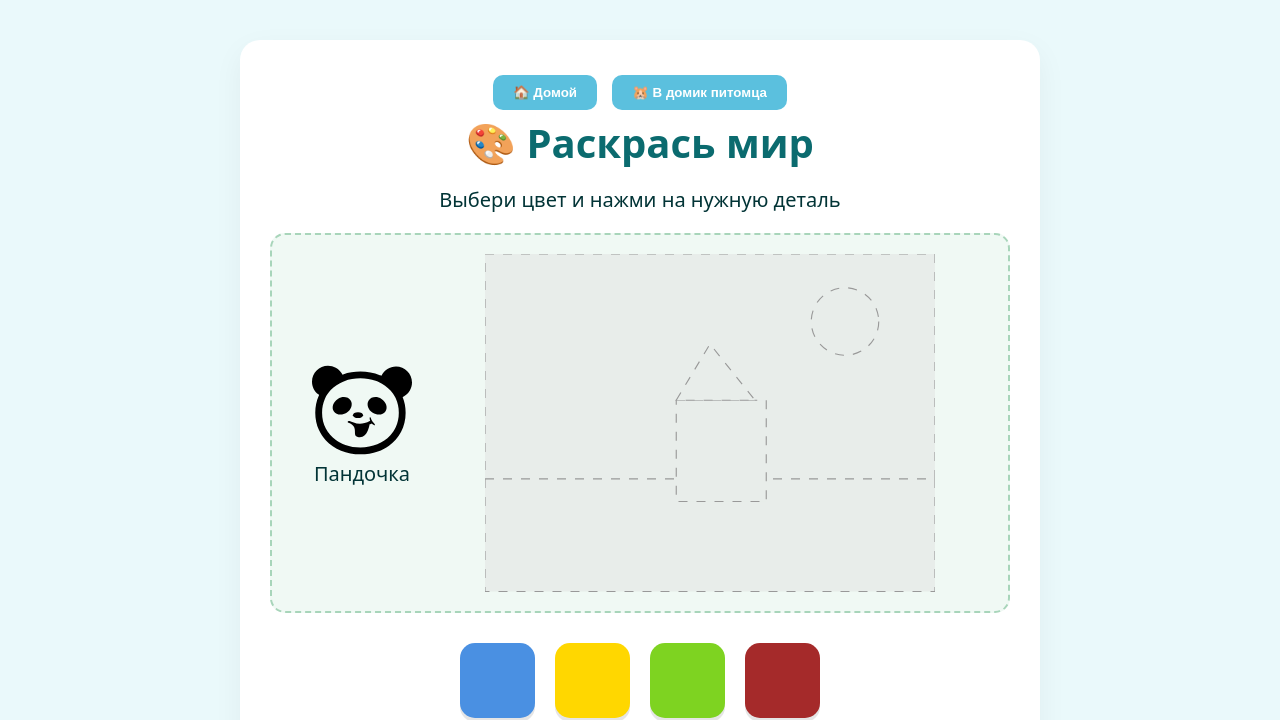
Repository: HOADF/kids-career-world
Page: games/artist/artist-game.html
These files come from the project's save history. The page is drawn as it stood at one moment and after the next save; the edit follows.
The browser window is 1280 px wide. The pictures show the whole page.
An inner scrolling area shows only its first screen.

Above is the page before, as saved 2026-03-10 12:26:47.

### games/artist/artist-game.html
<!DOCTYPE html>
<html lang="ru">
<head>
    <meta charset="UTF-8">
    <meta name="viewport" content="width=device-width, initial-scale=1.0">
    <title>Уровень 1 — Пандочка-художник</title>
    <link rel="stylesheet" href="../../style.css">
    <link rel="stylesheet" href="artist-style.css">
</head>
<body>

    <div class="main-card">
        <div class="nav-buttons">
            <button class="btn-nav">🏠 Домой</button>
            <button class="btn-nav">🐹 В домик питомца</button>
        </div>

        <div class="game-header">
            <h1>🎨 Раскрась мир</h1>
            <p>Выбери цвет и нажми на нужную деталь</p>
        </div>

        <div class="game-board">
            <div class="pet-side">
                <div id="speech-bubble" class="bubble hidden"></div>
                <img src="../../pets/panda.svg" alt="Пандочка" class="pet-img">
                <span class="pet-name">Пандочка</span>
            </div>

            <div class="canvas-area">
                <svg viewBox="0 0 200 150" id="paint-svg">
                    <rect id="sky" class="paint-area" data-correct="blue" data-name="Небо" x="0" y="0" width="200" height="100" />
                    <rect id="ground" class="paint-area" data-correct="green" data-name="Травка" x="0" y="100" width="200" height="50" />

                    <circle id="sun" class="paint-area" data-correct="yellow" data-name="Солнышко" cx="160" cy="30" r="15" />

                    <rect id="house" class="paint-area" data-correct="brown" data-name="Домик" x="85" y="65" width="40" height="45" />
                    <path id="roof" class="paint-area" data-correct="brown" data-name="Крыша" d="M85 65 L100 40 L120 65 Z" />
                </svg>
            </div>
        </div>

        <div class="palette">
            <div class="color-item" id="blue" data-color="blue" data-hex="#4A90E2" style="background-color: #4A90E2;"></div>
            <div class="color-item" id="yellow" data-color="yellow" data-hex="#FFD700" style="background-color: #FFD700;"></div>
            <div class="color-item" id="green" data-color="green" data-hex="#7ED321" style="background-color: #7ED321;"></div>
            <div class="color-item" id="red" data-color="brown" data-hex="#D0021B" style="background-color: brown;"></div>
        </div>

        <div class="bottom-nav">
            <button onclick="location.reload()" class="btn-action">🔄 Начать заново</button>
            <button id="finish-btn" class="btn-action hidden">🏠 На главную</button>
        </div>
    </div>

    <script src="artist-game.js"></script>
</body>
</html>

### style.css
/* ---------- Базовые стили ---------- */

:root {
  --color-bg: #eaf9fb;
  --color-accent: #ffb44a;
  --color-text: #023436;
  --color-subtle: #0b6b6f;
  --color-white: #ffffff;

  --transition-fast: 0.3s ease;
  --transition-slow: 0.6s ease;
}

* {
  box-sizing: border-box;
  margin: 0;
  padding: 0;
}

html, body {
  width: 100%;
  height: 100%;
  font-family: system-ui, "Segoe UI", Roboto, sans-serif;
  color: var(--color-text);
  background-color: var(--color-bg);
  overflow-x: hidden;
}

.hidden {
  display: none !important;
}

/* ---------- Фон ---------- */

.background-decor {
  position: fixed;
  top: 0;
  left: 0;
  width: 100%;
  height: 100%;
  background: linear-gradient(180deg, #eaf9fb 0%, #f8ffff 100%);
  z-index: -1;
}

/* ---------- Структура ---------- */

.page-root {
  display: flex;
  flex-direction: column;
  align-items: center;
  justify-content: center;
  padding: 2rem;
  min-height: 100vh;
}

.welcome-card,
.questions-card,
.result-card {
  background: var(--color-white);
  border-radius: 24px;
  box-shadow: 0 6px 20px rgba(0, 0, 0, 0.08);
  max-width: 900px;
  width: 100%;
  padding: 2rem 3rem;
  display: flex;
  flex-direction: column;
  justify-content: center;
  animation: fadeIn var(--transition-slow);
}

.welcome-inner {
  display: flex;
  align-items: center;
  gap: 2rem;
  flex-wrap: wrap;
  justify-content: center;
}

/* ---------- Пингвинёнок ---------- */

.pet-visual {
  flex: 0 0 180px;
  animation: breathe 4s ease-in-out infinite;
}

@keyframes breathe {
  0%, 100% { transform: translateY(0); }
  50% { transform: translateY(-4px); }
}

/* ---------- Текст и кнопки ---------- */

.welcome-text {
  flex: 1 1 400px;
  text-align: left;
}

h1, h2 {
  font-weight: 700;
  color: var(--color-subtle);
  margin-bottom: 1rem;
}

.lead {
  font-size: 1.1rem;
  line-height: 1.6;
  margin-bottom: 1.5rem;
}

.controls {
  display: flex;
  gap: 1rem;
  flex-wrap: wrap;
  margin-bottom: 1rem;
}

.btn-primary,
.btn-ghost {
  font-size: 1rem;
  border-radius: 12px;
  padding: 0.8rem 1.6rem;
  cursor: pointer;
  transition: all var(--transition-fast);
  border: none;
}

.btn-primary {
  background: var(--color-accent);
  color: var(--color-white);
}

.btn-primary:hover {
  background: #ff9f1a;
  transform: translateY(-2px);
}

.btn-ghost {
  background: transparent;
  color: var(--color-subtle);
  border: 2px solid var(--color-subtle);
}

.btn-ghost:hover {
  background: var(--color-subtle);
  color: var(--color-white);
  transform: translateY(-2px);
}

.small {
  padding: 0.5rem 1rem;
  font-size: 0.9rem;
}

.meta-note {
  font-size: 0.9rem;
  color: #555;
  opacity: 0.8;
}

/* ---------- Опрос ---------- */

.questions-inner {
  display: flex;
  flex-direction: column;
  align-items: center;
  gap: 1rem;
}

.progress {
  font-size: 0.95rem;
  color: #666;
}

.question-title {
  font-size: 1.2rem;
  text-align: center;
  margin-bottom: 1rem;
}

.answers {
  display: flex;
  flex-direction: column;
  gap: 0.8rem;
  width: 100%;
  max-width: 600px;
}

.answers button {
  background: var(--color-bg);
  border: 2px solid transparent;
  border-radius: 12px;
  padding: 0.8rem 1.2rem;
  text-align: left;
  transition: all var(--transition-fast);
  font-size: 1rem;
}

.answers button:hover {
  border-color: var(--color-accent);
  background: #fff8f0;
  transform: translateY(-1px);
}

.answers button.selected {
  border-color: var(--color-accent);
  background: #fff1de;
}

.nav-row {
  display: flex;
  justify-content: space-between;
  width: 100%;
  max-width: 600px;
  margin-top: 1rem;
}

/* ---------- Результат ---------- */

.result-inner {
  display: flex;
  flex-direction: column;
  align-items: center;
  text-align: center;
  gap: 1rem;
}

.result-pet {
  margin-top: 1rem;
  font-size: 1.1rem;
}

.result-games {
  font-size: 1rem;
  color: #333;
}

.result-controls {
  display: flex;
  gap: 1rem;
  margin-top: 1rem;
}

/* ---------- Анимации ---------- */

@keyframes fadeIn {
  from { opacity: 0; transform: translateY(20px); }
  to { opacity: 1; transform: translateY(0); }
}

/* ---------- Адаптивность ---------- */

@media (max-width: 700px) {
  .welcome-card {
    padding: 1.5rem;
  }
  .welcome-inner {
    flex-direction: column;
    text-align: center;
  }
  .controls {
    justify-content: center;
  }
}
/* ========================== */
/* 📱 АДАПТИВНОСТЬ ПОД УСТРОЙСТВА */
/* ========================== */

/* --- Маленькие телефоны (до 480px) --- */
@media (max-width: 480px) {
  body {
    font-size: 14px;
    padding: 0.5rem;
  }

  .welcome-card,
  .questions-card,
  .result-card {
    padding: 1rem;
    border-radius: 1rem;
  }

  .welcome-card h1 {
    font-size: 1.4rem;
    line-height: 1.4;
  }

  .welcome-text p {
    font-size: 0.95rem;
  }

  .controls {
    flex-direction: column;
    gap: 0.75rem;
  }

  button {
    width: 100%;
    font-size: 1rem;
    padding: 0.8rem;
  }

  .pet-visual {
    width: 120px;
    height: 120px;
  }
}

/* --- Средние экраны: планшеты (481px–768px) --- */
@media (min-width: 481px) and (max-width: 768px) {
  body {
    font-size: 16px;
    padding: 1rem;
  }

  .welcome-card,
  .questions-card,
  .result-card {
    padding: 1.5rem;
  }

  .welcome-card h1 {
    font-size: 1.8rem;
  }

  .welcome-text p {
    font-size: 1rem;
  }

  button {
    font-size: 1rem;
    padding: 0.9rem 1.2rem;
  }

  .pet-visual {
    width: 150px;
    height: 150px;
  }
}

/* --- Ноутбуки и большие экраны (769px–1200px) --- */
@media (min-width: 769px) and (max-width: 1200px) {
  body {
    font-size: 18px;
    padding: 1.5rem;
  }

  .welcome-card,
  .questions-card,
  .result-card {
    padding: 2rem;
  }

  .welcome-card h1 {
    font-size: 2rem;
  }

  .pet-visual {
    width: 180px;
    height: 180px;
  }
}

/* --- Очень большие экраны (1200px+) --- */
@media (min-width: 1201px) {
  body {
    font-size: 20px;
    max-width: 960px;
    margin: 0 auto;
  }

  .welcome-card,
  .questions-card,
  .result-card {
    border-radius: 2rem;
  }

  .pet-visual {
    width: 200px;
    height: 200px;
  }
}

### games/artist/artist-style.css
.main-card {
    background: white;
    border-radius: 20px;
    padding: 30px;
    box-shadow: 0 10px 30px rgba(0,0,0,0.05);
    max-width: 800px;
    margin: 40px auto;
    text-align: center;
}

.game-board {
    border: 2px dashed #a8d5ba;
    background: #f0f9f4;
    border-radius: 15px;
    display: flex;
    padding: 20px;
    margin: 20px 0;
    height: 380px; /* Фиксированная высота как у строителя */
    position: relative;
    align-items: center;
}

.pet-side {
    width: 140px;
    display: flex;
    flex-direction: column;
    align-items: center;
    position: relative;
}

.pet-img {
    width: 100px;
    height: 100px;
}

/* Облачко Пандочки */
.bubble {
    position: absolute;
    bottom: 110px;
    left: 50%;
    transform: translateX(-50%);
    background: white;
    border: 2px solid #333;
    padding: 8px 12px;
    border-radius: 15px;
    font-size: 13px;
    white-space: nowrap;
    z-index: 10;
    box-shadow: 0 4px 8px rgba(0,0,0,0.1);
}

.bubble::after {
    content: '';
    position: absolute;
    bottom: -10px;
    left: 50%;
    transform: translateX(-50%);
    border: 5px solid transparent;
    border-top-color: white;
}

.canvas-area {
    flex-grow: 1;
    display: flex;
    justify-content: center;
}

#paint-svg {
    width: 100%;
    max-width: 450px;
}

.paint-area {
    fill: #e8edea;
    stroke: #999;
    stroke-width: 0.5;
    stroke-dasharray: 4;
    cursor: pointer;
    transition: fill 0.4s;
}

/* Крупная палитра */
.palette {
    display: flex;
    justify-content: center;
    gap: 20px;
    margin: 30px 0;
}

.color-item {
    width: 75px;
    height: 75px;
    border-radius: 15px;
    cursor: pointer;
    border: 4px solid transparent;
    transition: 0.2s;
    box-shadow: 0 4px 0 rgba(0,0,0,0.1);
}

.color-item.selected {
    border-color: #333;
    transform: translateY(-5px);
}

.color-item.used {
    background: #ccc !important;
    opacity: 0.3;
    pointer-events: none;
    box-shadow: none;
}

.hidden { display: none; }

.btn-nav, .btn-action {
    background: #5bc0de;
    color: white;
    border: none;
    padding: 10px 20px;
    border-radius: 10px;
    cursor: pointer;
    margin: 5px;
    font-weight: bold;
}

### games/artist/artist-game.js
document.addEventListener('DOMContentLoaded', () => {
    let selectedColor = null;
    let selectedHex = null;
    let selectedId = null;

    const bubble = document.getElementById('speech-bubble');
    const colorItems = document.querySelectorAll('.color-item');
    const areas = document.querySelectorAll('.paint-area');
    const finishBtn = document.getElementById('finish-btn');

    function pandaSay(text) {
        bubble.innerText = text;
        bubble.classList.remove('hidden');
        setTimeout(() => bubble.classList.add('hidden'), 3000);
    }

    colorItems.forEach(item => {
        item.addEventListener('click', () => {
            colorItems.forEach(i => i.classList.remove('selected'));
            selectedColor = item.getAttribute('data-color');
            selectedHex = item.getAttribute('data-hex');
            selectedId = item.id;
            item.classList.add('selected');
        });
    });

    areas.forEach(area => {
        area.addEventListener('click', () => {
            if (!selectedColor) {
                pandaSay("Выбери краску внизу! 🎨");
                return;
            }

            const correct = area.getAttribute('data-correct');
            const areaName = area.getAttribute('data-name');

            if (selectedColor === correct) {
                // ПРАВИЛЬНО
                area.style.fill = selectedHex;
                area.style.strokeDasharray = "0";
                area.style.stroke = "none";

                document.getElementById(selectedId).classList.add('used');
                selectedColor = null;

                pandaSay("Красота! Идём дальше?");
                checkWin();
            } else {
                // ОШИБКА
                pandaSay(`${areaName} не бывает такого цвета...`);
                // Эффект тряски для объекта
                area.style.fill = "#ffcccc";
                setTimeout(() => area.style.fill = "#e8edea", 400);
            }
        });
    });

    function checkWin() {
        const remaining = document.querySelectorAll('.color-item:not(.used)');
        if (remaining.length === 0) {
            finishBtn.classList.remove('hidden');
            pandaSay("Ура! Мы нарисовали шедевр! 🐼✨");
        }
    }
});

After the next save:
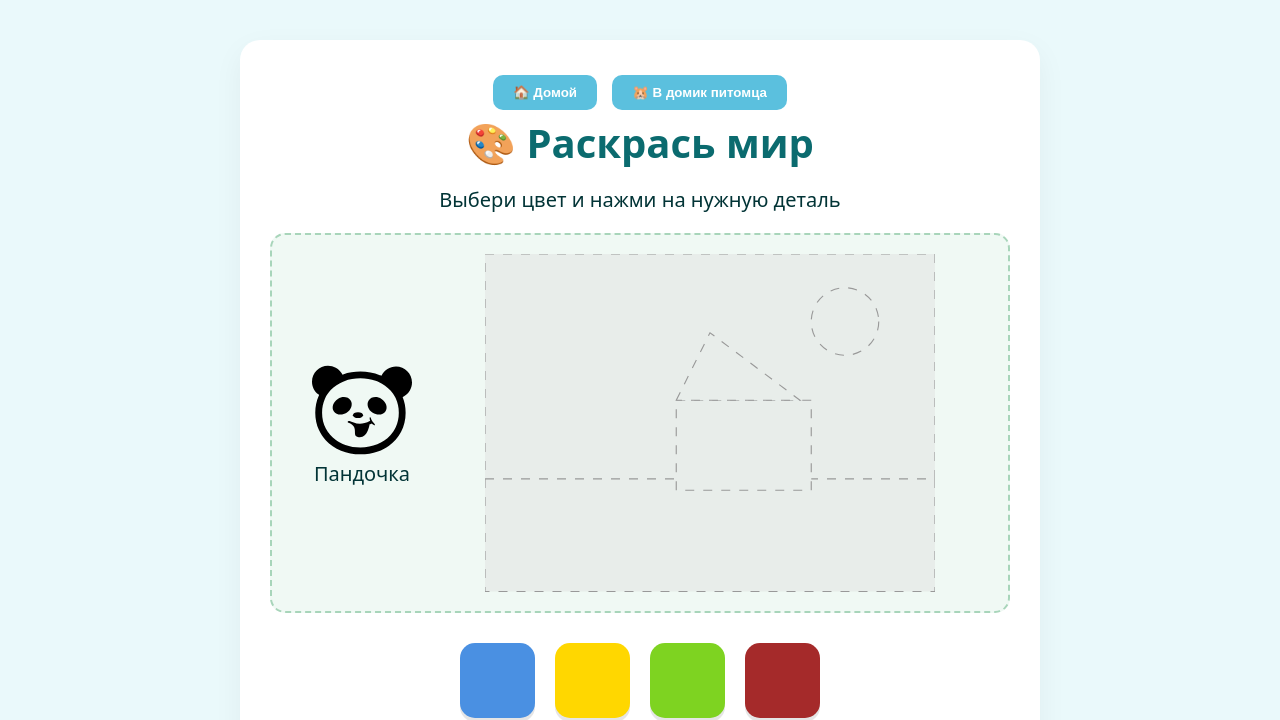
Saved 3 min 29 s later.
--- a/games/artist/artist-game.html
+++ b/games/artist/artist-game.html
@@ -34,8 +34,8 @@
 
                     <circle id="sun" class="paint-area" data-correct="yellow" data-name="Солнышко" cx="160" cy="30" r="15" />
 
-                    <rect id="house" class="paint-area" data-correct="brown" data-name="Домик" x="85" y="65" width="40" height="45" />
-                    <path id="roof" class="paint-area" data-correct="brown" data-name="Крыша" d="M85 65 L100 40 L120 65 Z" />
+                    <rect id="house" class="paint-area" data-correct="brown" data-name="Домик" x="85" y="65" width="60" height="40" />
+                    <path id="roof" class="paint-area" data-correct="brown" data-name="Крыша" d="M85 65 L100 35 L140 65 Z" />
                 </svg>
             </div>
         </div>
